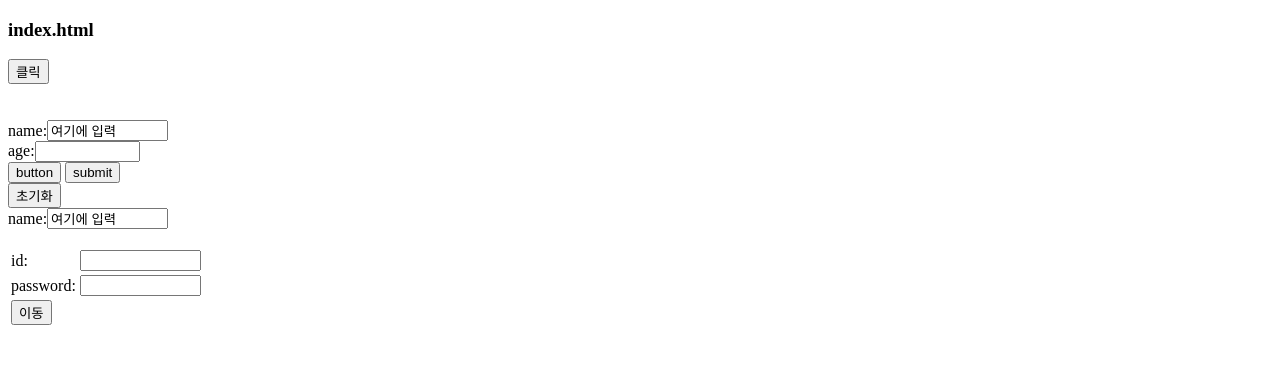
Repository: Jv2020/bitcamp
Page: html/sample04/WebContent/index.html
An editor plug-in stored every save of this project. The page is shown before and after the next save, followed by the edit.
The browser window is 1280 px wide. The pictures show the whole page.

Above is the page before, as saved 2020-01-03 02:43:51.

### html/sample04/WebContent/index.html
<!DOCTYPE html>
<html>
<head>
<meta charset="UTF-8">
<title>Insert title here</title>
</head>
<body>

<!--
	link -> anchor <a href="이동하고 싶은 파일 또는 URL">표시문자열 이미지</a>
-->

<!--

form
event resource와 같이 많이 사용.
입력데이터 등을 전송할 수 있다.

	id		: # 현재 페이지에서 1개만 인식 (중복x), JacaScript(=JQery)
	class	: . 다중 인식. CSS()
	name	: link용. 값을 전송. 변수의 역할

-->


<!--

<form action="이동하고 싶은 파일 또는 주소 or 파일명"> submit
	입력 리소스
	<input type="submit" value="클릭">
</form>

-->
<h3>index.html</h3>
<form action="NewFile.html">
	<input type="submit" value="클릭">
</form>

<br><br>

<!--
	input : button(submit), checkbox, radio, textfield ...
-->
<form action="NewFile.html">
   name:<input type="text" value="여기에 입력" size="12">
   <br>
   age:<input type="text" value="" size="10">
   <br>
   <input type="submit" value="button">
   <input type="submit" value="submit">
   <br>
   <input type="reset" value="초기화">
</form>

name:<input type="text" value="여기에 입력" size="12">

<br><br>

<form action="NewFile.jsp">
	<table>
		<tr>
			<td>id:</td>
			<td><input type="text" name="id" value="" size="12"></td>
		</tr>
		<tr>
			<td>password:</td>
			<td><input type = "password" name="pwd" size="12"></td>
		</tr>
		<tr>
			<td colspan="2"><input type="submit" value="이동"></td>
		</tr>
	</table>
</form>


</body>
</html>

After the next save:
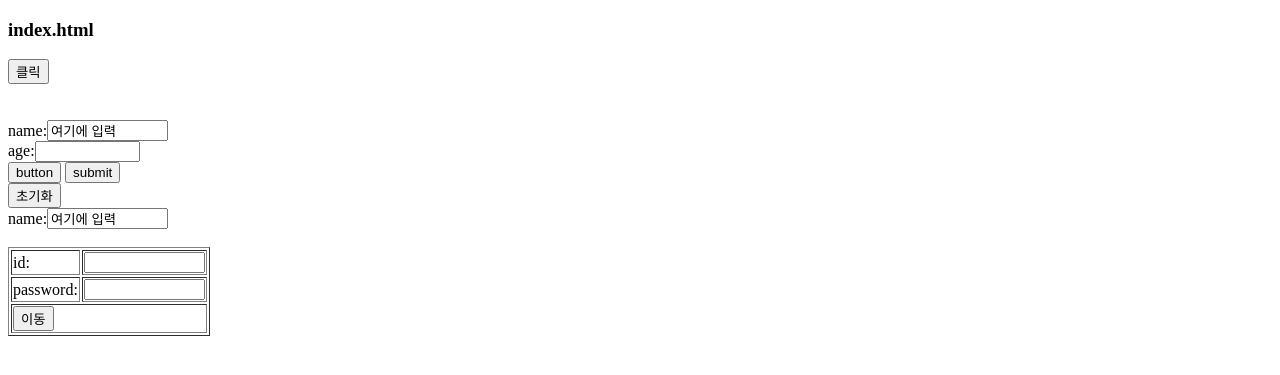
Saved 87 s later.
--- a/html/sample04/WebContent/index.html
+++ b/html/sample04/WebContent/index.html
@@ -57,7 +57,7 @@ name:<input type="text" value="여기에 입력" size="12">
 <br><br>
 
 <form action="NewFile.jsp">
-	<table>
+	<table border="1">
 		<tr>
 			<td>id:</td>
 			<td><input type="text" name="id" value="" size="12"></td>
